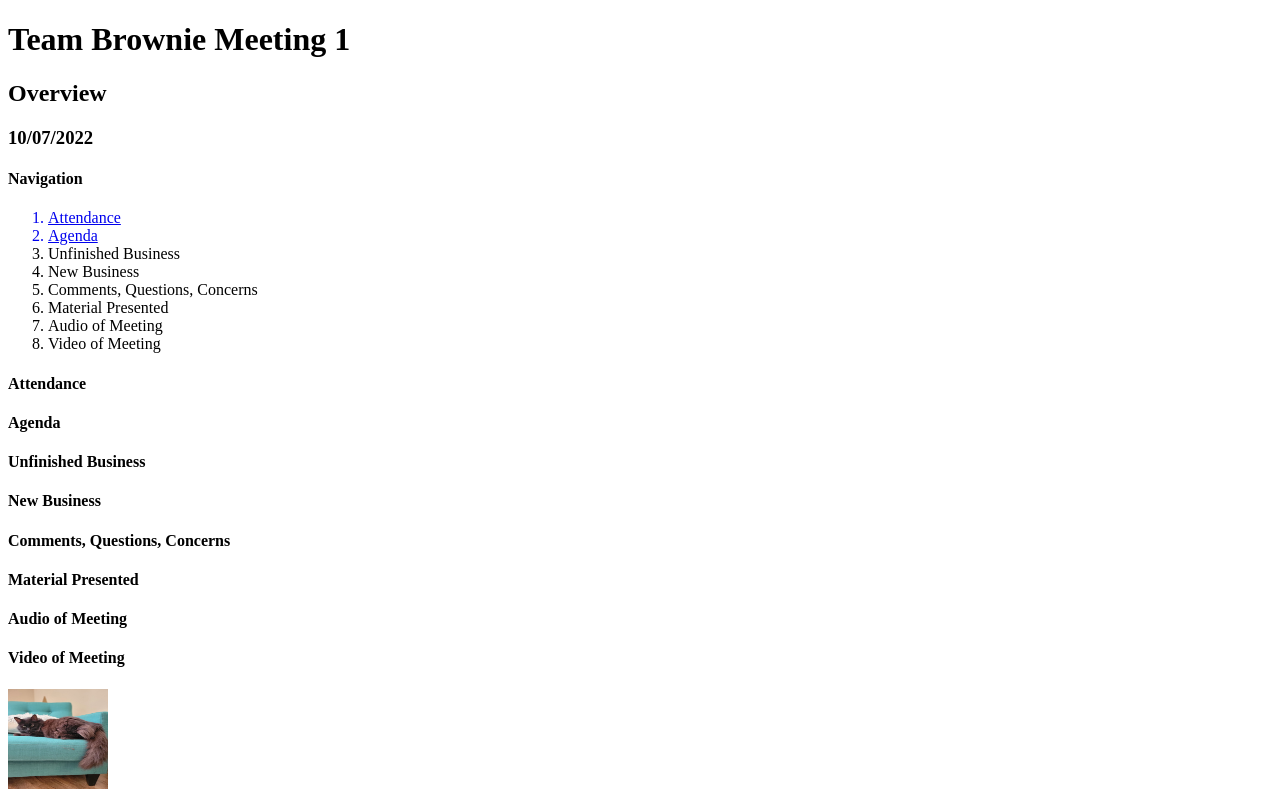
Repository: sarahtthomson/fa22-cse110-lab3
Page: index.html
An editor plug-in stored every save of this project. The page is shown before and after the next save, followed by the edit.
The browser window is 1280 px wide. The pictures show the whole page.

Above is the page before, as saved 2022-10-07 14:42:56.

After the next save:
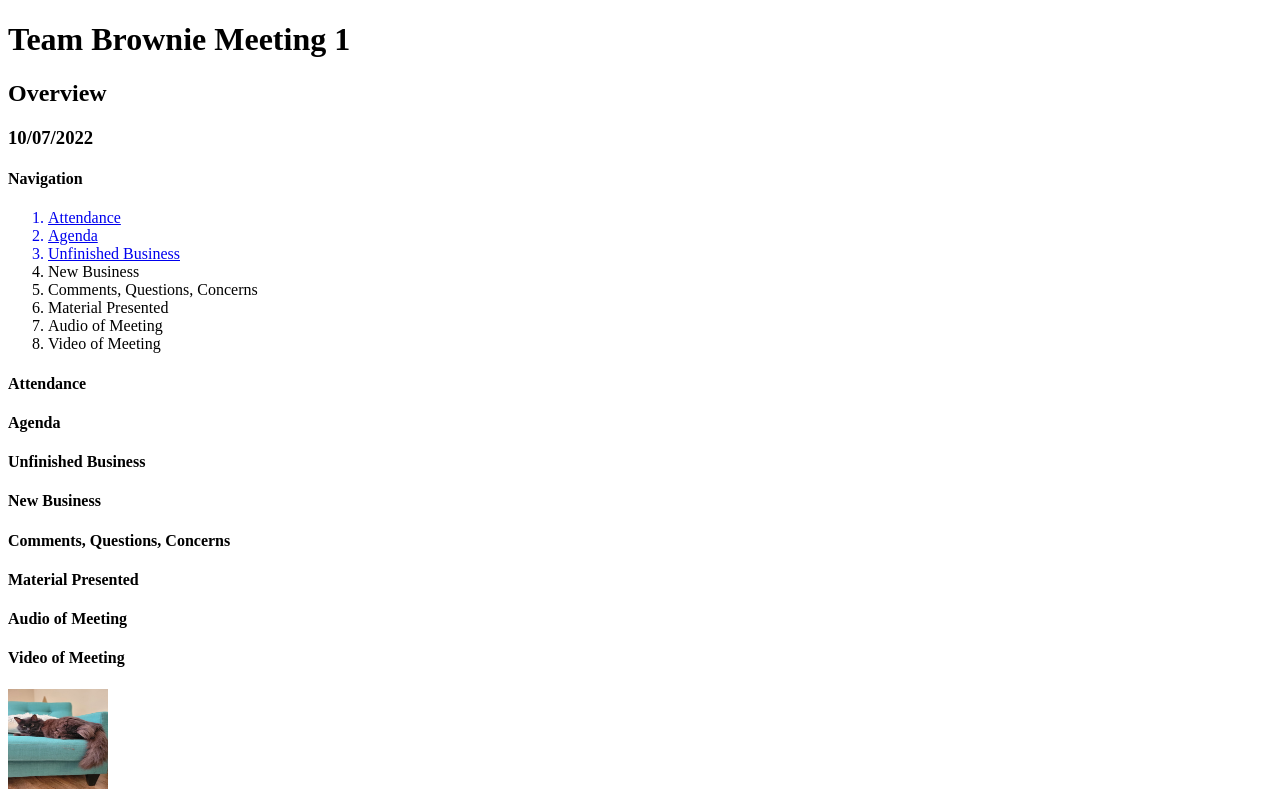
Saved 3 min 27 s later.
--- a/index.html
+++ b/index.html
@@ -17,7 +17,7 @@
                 <ol>
                     <a href="#Attendance" class="btn"><li>Attendance</li></a>
                     <a href="#Agenda" class="btn"><li>Agenda</li></a>
-                    <li>Unfinished Business</li>
+                    <a href="#Unfinished Business" class="btn"><li>Unfinished Business</li></a>
                     <li>New Business</li>
                     <li>Comments, Questions, Concerns</li>
                     <li>Material Presented</li>
@@ -31,7 +31,9 @@
             <div class="Agenda" id="Agenda">
                 <h4>Agenda</h4>
             </div>
-            <h4>Unfinished Business</h4>
+            <div class="Unfinished Business" id="Agenda">
+                <h4>Unfinished Business</h4>
+            </div>
             <h4>New Business</h4>
             <h4>Comments, Questions, Concerns</h4>
             <h4>Material Presented</h4>
